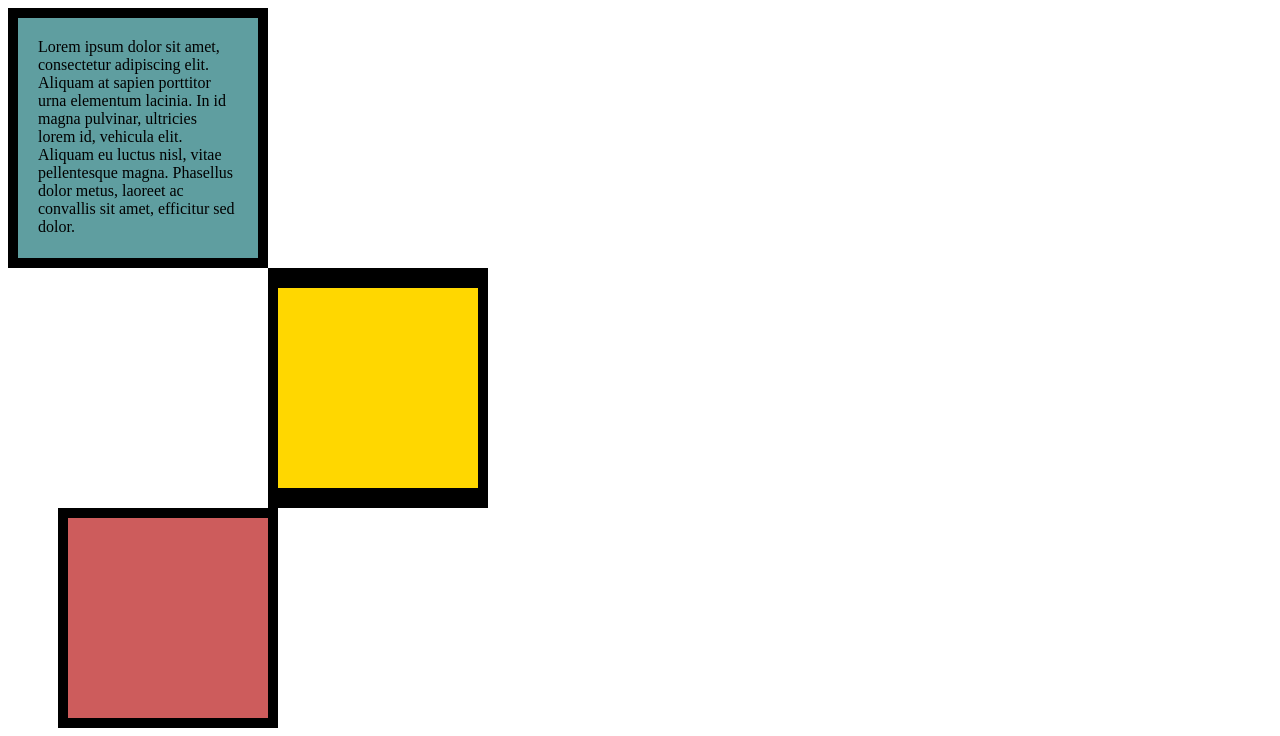
Repository: arzeee/Web_Course
Page: 6.3+CSS+Box+Model/6.3 CSS Box Model/index.html
An editor plug-in stored every save of this project. The page is shown before and after a run of saves, followed by the edit.
The browser window is 1280 px wide. The pictures show the whole page.

Above is the page before, as saved 2025-07-04 18:31:55.

After the next 3 saves:
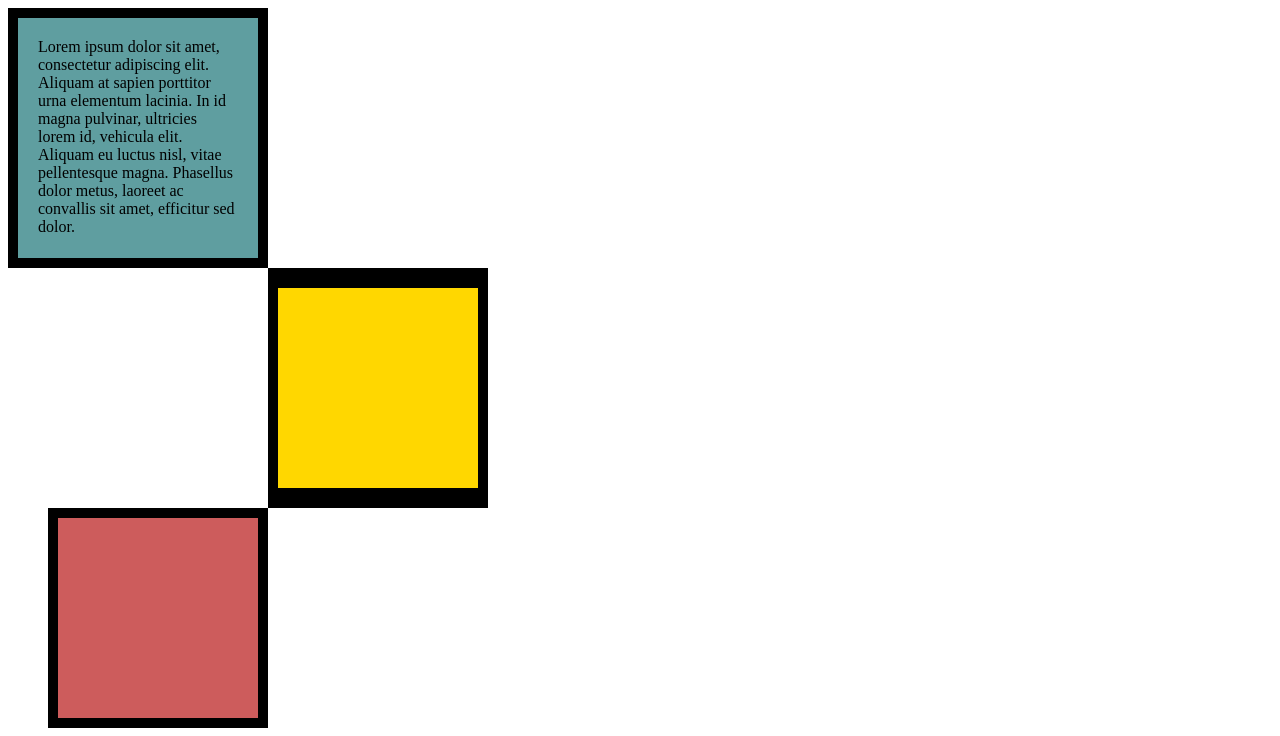
The 3 saves are shown as one change because they came seconds apart.
The last was saved 10 s later.
--- a/6.3+CSS+Box+Model/6.3 CSS Box Model/index.html
+++ b/6.3+CSS+Box+Model/6.3 CSS Box Model/index.html
@@ -31,7 +31,7 @@
     .box3 {
       background-color: indianred;
       border: 10px solid black;
-      margin-left: 50px;
+      margin-left: 40px;
     }
 
   </style>
